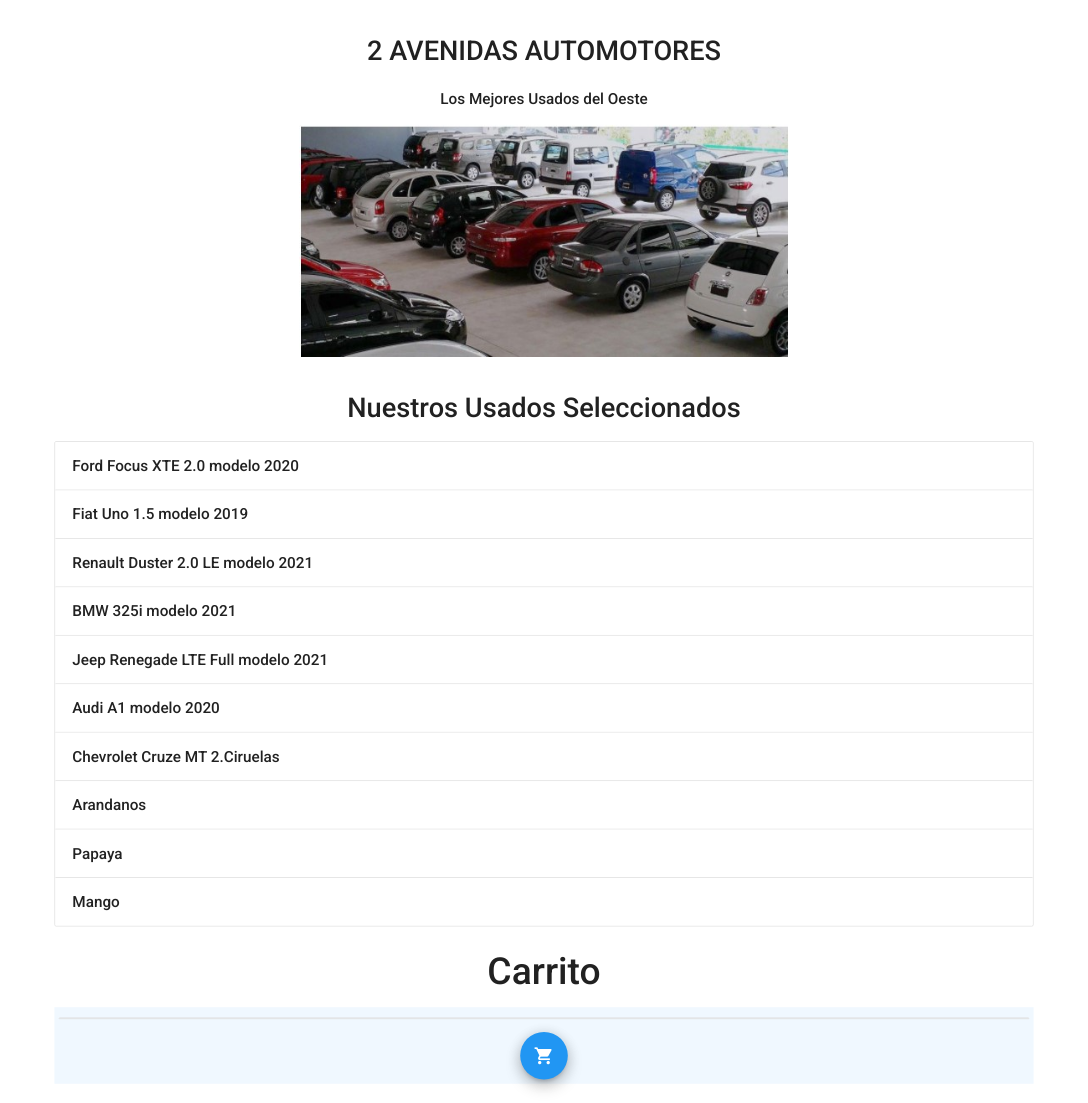
Repository: gadiazsaavedra/SimuladorInteractiv-14-03
Page: index.html
An editor plug-in stored every save of this project. The page is shown before and after the next save, followed by the edit.
The browser window is 1280 px wide. The pictures show the whole page, at 85% of full size.

Above is the page before, as saved 2022-03-15 10:32:22.

After the next save:
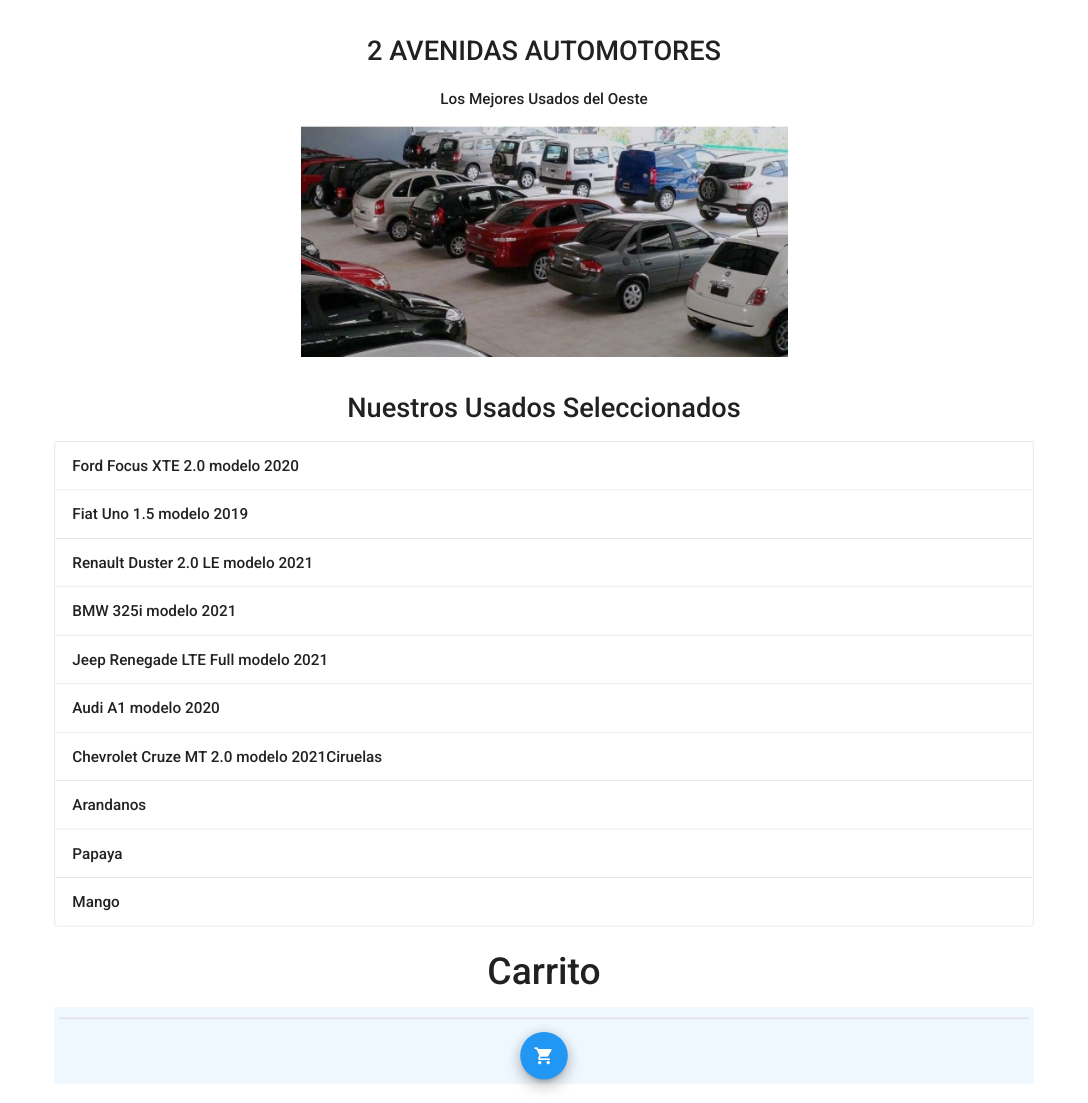
Saved 7 s later.
--- a/js/variables.js
+++ b/js/variables.js
@@ -1,5 +1,5 @@
 // const productos = ['Motherboard ATX Intel', 'Memoria RAM 4 GB DDR3', 'Hard Disk 80 GB SEAGATE', 'Monitor Viewsonic .31', 'Case Babytower', 'Fuente 100~240 ATX 5 AMP']
-const productos = ['Ford Focus XTE 2.0 modelo 2020', 'Fiat Uno 1.5 modelo 2019', 'Renault Duster 2.0 LE modelo 2021', 'BMW 325i modelo 2021', 'Jeep Renegade LTE Full modelo 2021', 'Audi A1 modelo 2020', 'Chevrolet Cruze MT 2.Ciruelas', 'Arandanos', 'Papaya', 'Mango']
+const productos = ['Ford Focus XTE 2.0 modelo 2020', 'Fiat Uno 1.5 modelo 2019', 'Renault Duster 2.0 LE modelo 2021', 'BMW 325i modelo 2021', 'Jeep Renegade LTE Full modelo 2021', 'Audi A1 modelo 2020', 'Chevrolet Cruze MT 2.0 modelo 2021Ciruelas', 'Arandanos', 'Papaya', 'Mango']
 const carrito = []
 
 const titulo = document.getElementById("titulo")
